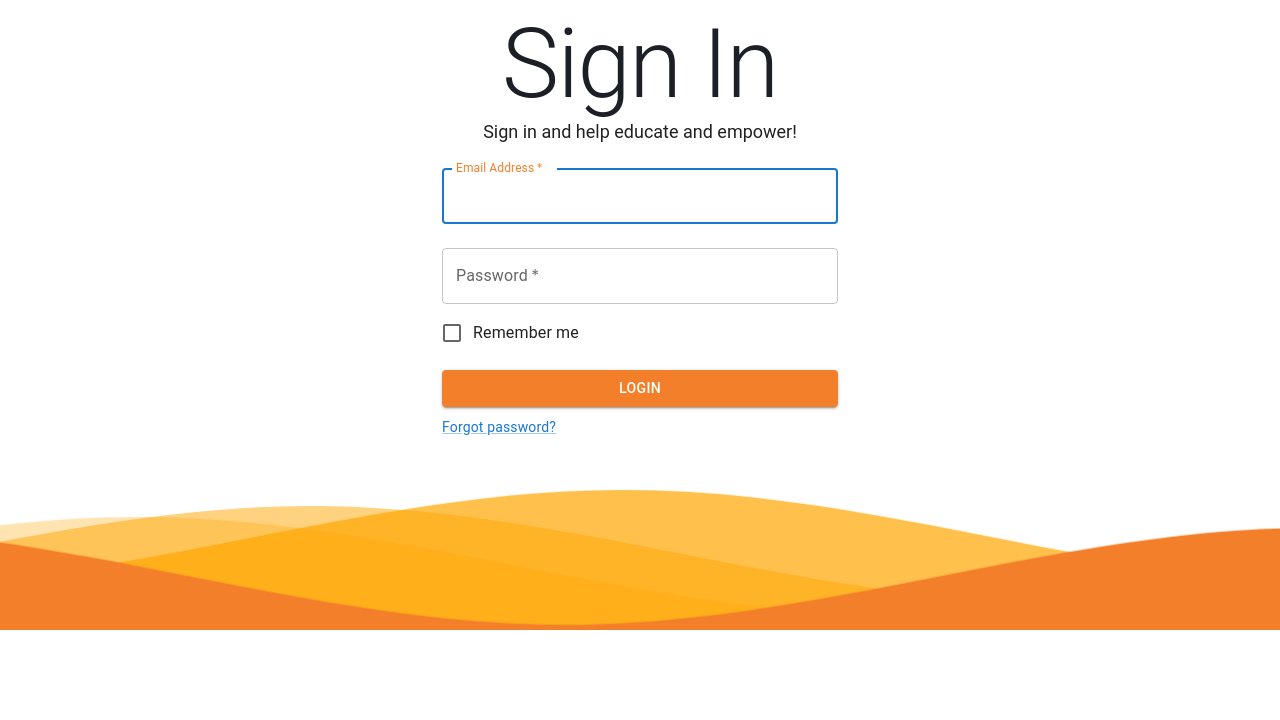
Repository: shubhampirate/Google_Solutions_Edural
Page: /
An editor plug-in stored every save of this project. The page is shown before and after the next save, followed by the edit.
The browser window is 1280 px wide. The pictures show the whole page.
The project was rebuilt for these pictures with package versions that can differ from the ones it lists, and the page was loaded fresh each time. Some packages were replaced by stand-ins written for this rebuild. Also part of the build but not shown: src/Components/CustomButton.jsx, src/Components/Navbar.jsx, src/Components/Footer.jsx, src/Components/CongratsCard.jsx, src/pages/Hero/Hero.jsx.

Above is the page before, as saved 2024-02-02 20:55:26.

After the next save:
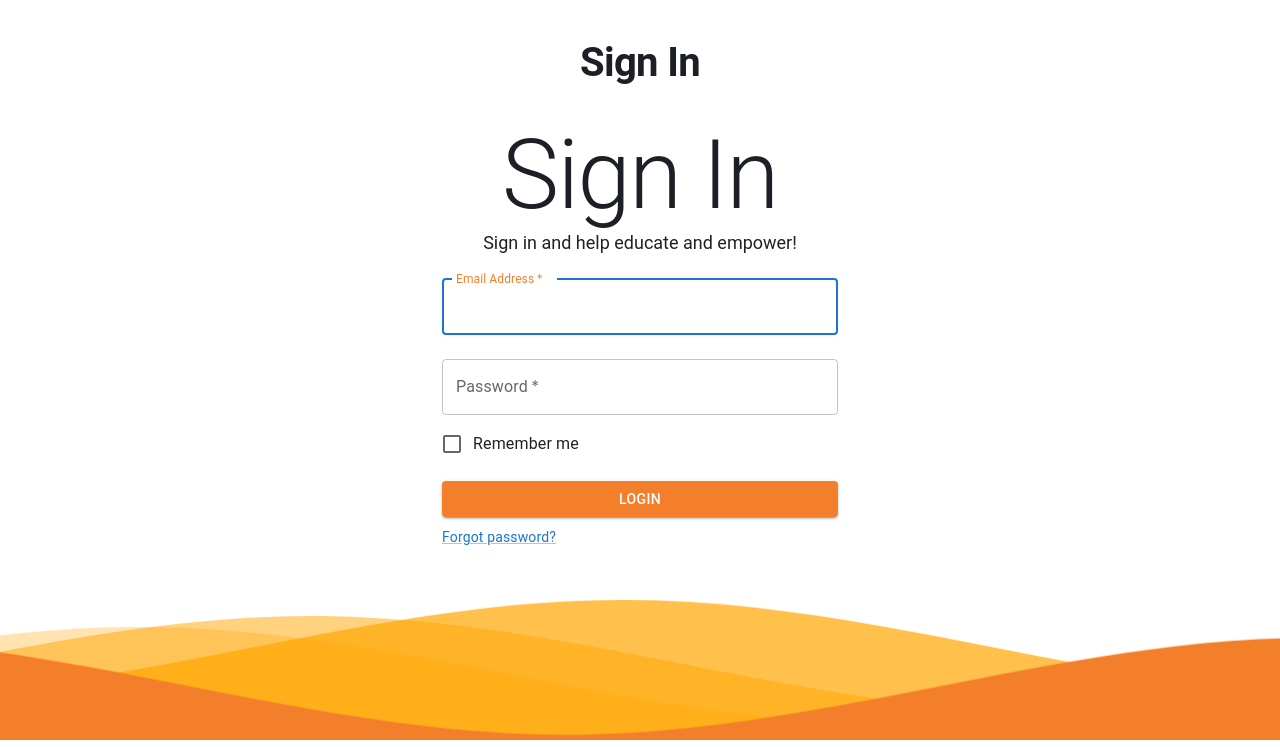
Saved 50 s later.
--- a/src/pages/Sign_in.jsx
+++ b/src/pages/Sign_in.jsx
@@ -162,6 +162,9 @@ export default function SignIn() {
           alignItems: 'center',
         }}
       >
+        <Title variant="h1" sx={{ color: "#1C1F25" }}>
+            Sign In
+           </Title>
         <Typography variant="h1" sx={{ color: "#1C1F25" }}>
           Sign In
         </Typography>
